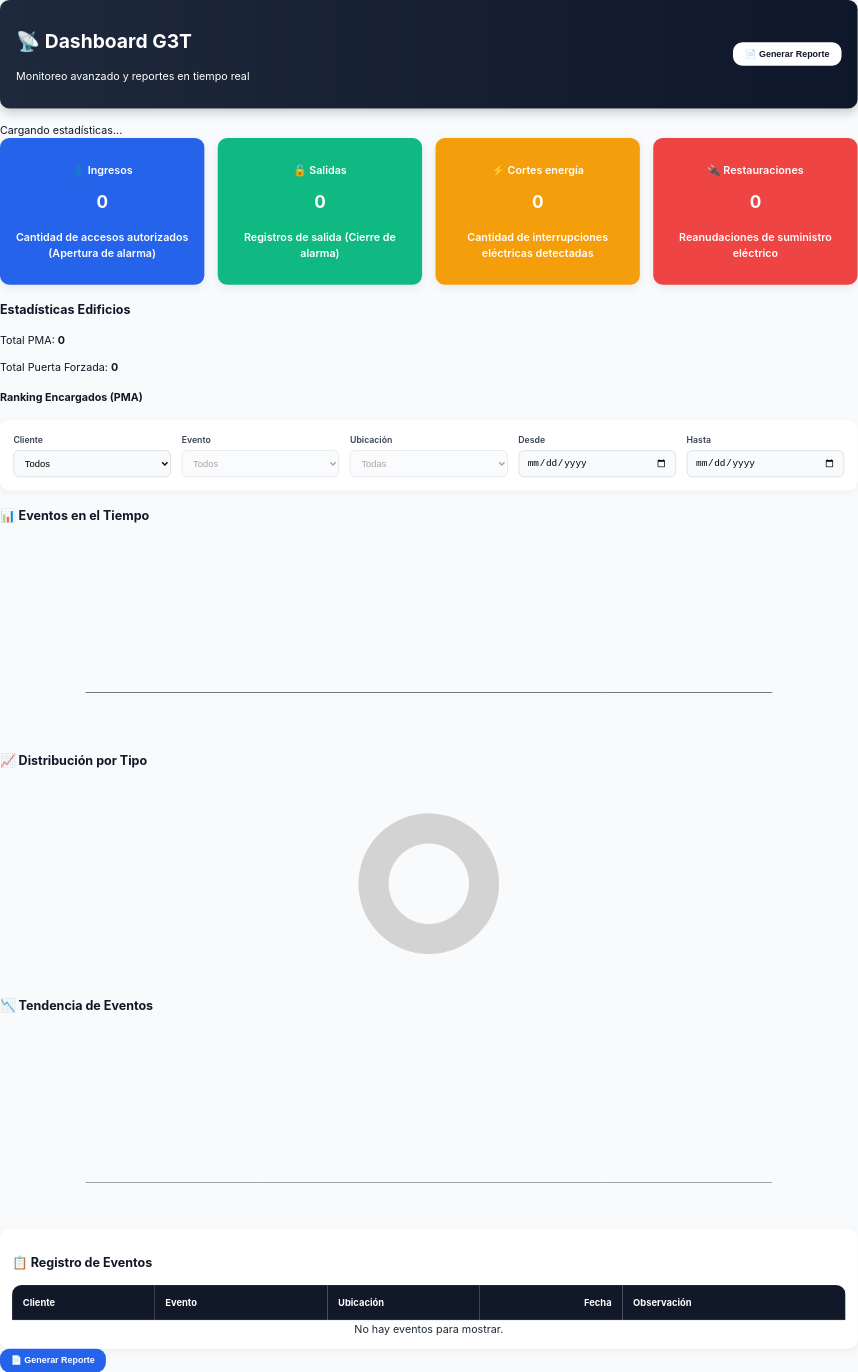
Repository: BBrian11/reportes
Page: /
An editor plug-in stored every save of this project. The page is shown before and after the next save, followed by the edit.
The browser window is 1280 px wide. The pictures show the whole page, at 67% of full size.
The page's requests for data from a server got no answer. The project was rebuilt for these pictures with package versions that can differ from the ones it lists, and the page was loaded fresh each time. Some packages were replaced by stand-ins written for this rebuild. No one was signed in, and anything a server would have sent is missing. Also part of the build but not shown: vite.config.js, src/styles/form.css.

Above is the page before, as saved 2025-07-29 15:20:24.

### index.html
<!DOCTYPE html>
<html lang="es">
  <head>
    <meta charset="UTF-8" />
    <meta name="viewport" content="width=device-width, initial-scale=1.0" />
    <title>Dashboard G3T</title>
  </head>
  <body>
    <div id="root"></div>
    <script type="module" src="/src/main.jsx"></script>
  </body>
</html>

### src/main.jsx
import React from "react";
import ReactDOM from "react-dom/client";
import App from "./App.jsx";
import "./styles/dashboard.css";
import "./styles/form.css";

ReactDOM.createRoot(document.getElementById("root")).render(
  <React.StrictMode>
    <App />
  </React.StrictMode>
);

### src/App.jsx
import React from "react";
import Dashboard from "./components/Dashboard/Dashboard.jsx";

export default function App() {
  return <Dashboard />;
}

### src/components/Dashboard/Dashboard.jsx
// src/components/Dashboard/Dashboard.jsx
import React, { useEffect, useState } from "react";
import Header from "./Header.jsx";
import StatsCards from "./StatsCards.jsx";
import Filters from "./Filters.jsx";
import Charts from "./Charts.jsx";
import EventsTable from "./EventsTable.jsx";
import ExportPDF from "./ExportPDF.jsx";

import { collection, onSnapshot } from "firebase/firestore";
import { db } from "../../services/firebase";
import "../../styles/dashboard.css";
import TgsStats from "./TgsStats.jsx";
import EdificioStats from "./EdificioStats.jsx";

export default function Dashboard() {
  const [eventos, setEventos] = useState([]);
  const [filtros, setFiltros] = useState({
    cliente: "",
    evento: "",
    ubicacion: "",
    fechaInicio: "",
    fechaFin: "",
  });

  // 🔹 Cargar datos de TODAS las colecciones
  useEffect(() => {
    const collections = [
      { path: "novedades/tgs/eventos", cliente: "TGS", eventoKey: "evento-tgs", ubicacionKey: "locaciones-tgs" },
      { path: "novedades/edificios/eventos", cliente: "Edificios", eventoKey: "evento-edificio" }, // 🔥 Sin ubicacionKey fijo
      { path: "novedades/vtv/eventos", cliente: "VTV", eventoKey: "evento-vtv", ubicacionKey: "planta-vtv" },
      { path: "novedades/barrios/eventos", cliente: "Barrios", eventoKey: "evento-barrios", ubicacionKey: "barrio" },
      { path: "novedades/otros/eventos", cliente: "Otros", eventoKey: "evento-otros", ubicacionKey: "otro" }
    ];


    const unsubscribes = collections.map(({ path, cliente, eventoKey, ubicacionKey }) =>
      onSnapshot(collection(db, path), (snapshot) => {
        const nuevos = snapshot.docs.map((doc) => {
          const d = doc.data();

          let ubicacion = "Sin Ubicación";

          if (cliente === "Edificios") {
            // ✅ Armar la ubicación con Edificio + Unidad
            const edificio = d["edificio"] || "";
            const unidad = d["unidad"] ? ` - ${d["unidad"]}` : "";
            ubicacion = edificio ? edificio + unidad : "Sin Ubicación";
          } else {
            // ✅ Para los demás clientes usamos ubicacionKey
            ubicacion = d[ubicacionKey] || "Sin Ubicación";
          }

          return {
            id: doc.id,
            cliente,
            evento: d[eventoKey] || "Sin Evento",
            ubicacion,
            fecha: d.fechaHoraEnvio
              ? new Date(d.fechaHoraEnvio.seconds * 1000).toLocaleString("es-AR")
              : "Sin Fecha",
            observacion: d[`observaciones-${cliente.toLowerCase()}`] || "Sin Observación",
          };
        });


        setEventos((prev) => {
          const filtradosPrev = prev.filter((e) => e.cliente !== cliente);
          return [...filtradosPrev, ...nuevos];
        });
      })
    );

    return () => unsubscribes.forEach((unsub) => unsub());
  }, []);

  // 🔍 Aplicar filtros
  const eventosFiltrados = eventos.filter((e) => {
    const fecha = new Date(e.fecha);
    const fechaInicio = filtros.fechaInicio ? new Date(filtros.fechaInicio) : null;
    const fechaFin = filtros.fechaFin ? new Date(filtros.fechaFin) : null;

    return (
      (!filtros.cliente || e.cliente === filtros.cliente) &&
      (!filtros.evento || e.evento === filtros.evento) &&
      (!filtros.ubicacion || e.ubicacion === filtros.ubicacion) &&
      (!fechaInicio || fecha >= fechaInicio) &&
      (!fechaFin || fecha <= fechaFin)
    );
  });

  return (
    <div className="p-4 bg-gray-100 min-h-screen">
      <Header />
      <StatsCards eventos={eventosFiltrados} />
      <TgsStats eventos={eventosFiltrados} />
<EdificioStats eventos={eventosFiltrados} />

      <Filters filtros={filtros} setFiltros={setFiltros} eventos={eventos} />
      <Charts eventos={eventosFiltrados} />
      <EventsTable eventos={eventosFiltrados} />
      <ExportPDF eventos={eventosFiltrados} />
    </div>
  );
}

### src/components/Dashboard/Header.jsx
// src/components/Dashboard/Header.jsx
import React from "react";

export default function Header() {
  return (
    <div className="dashboard-header">
      <div>
        <h1>📡 Dashboard G3T</h1>
        <p>Monitoreo avanzado y reportes en tiempo real</p>
      </div>
      <button className="btn-primary">📄 Generar Reporte</button>
    </div>
  );
}

### src/components/Dashboard/StatsCards.jsx
import React from "react";

export default function StatsCards({ eventos }) {
  if (!eventos || eventos.length === 0) {
    return (
      <div className="flex justify-center items-center text-gray-500 mb-6 animate-pulse">
        Cargando estadísticas...
      </div>
    );
  }

  // Calcular métricas
  const eventCount = {};
  const locationCount = {};

  eventos.forEach((e) => {
    eventCount[e.evento] = (eventCount[e.evento] || 0) + 1;
    locationCount[e.ubicacion] = (locationCount[e.ubicacion] || 0) + 1;
  });

  const eventoMasFrecuente = Object.entries(eventCount).sort((a, b) => b[1] - a[1])[0][0];
  const ubicacionMasFrecuente = Object.entries(locationCount).sort((a, b) => b[1] - a[1])[0][0];

  const eventosCriticosLista = [
    "alarma", "puerta forzada", "coacción", "pánico", "intrusión", "robo"
  ];

  const eventoCritico =
    eventos.find((e) =>
      eventosCriticosLista.some((critico) =>
        e.evento.toLowerCase().includes(critico)
      )
    )?.evento || "Sin Evento Crítico";

  return (
    <div className="stats-grid">
      <div className="stat-card kpi-success">
        <span className="kpi-label">🚨 Evento más frecuente</span>
        <h2 className="kpi-value">{eventoMasFrecuente}</h2>
        <p className="kpi-footer">Este evento es el más recurrente del periodo analizado</p>
      </div>

      <div className="stat-card kpi-warning">
        <span className="kpi-label">📍 Ubicación más activa</span>
        <h2 className="kpi-value">{ubicacionMasFrecuente}</h2>
        <p className="kpi-footer">Mayor concentración de incidentes registrados</p>
      </div>

      <div className="stat-card kpi-danger">
        <span className="kpi-label">⚠ Evento Crítico Detectado</span>
        <h2 className="kpi-value">{eventoCritico}</h2>
        <p className="kpi-footer">Priorizar atención inmediata a este tipo de alertas</p>
      </div>
    </div>
  );
}

### src/components/Dashboard/Filters.jsx
import React from "react";

export default function Filters({ filtros, setFiltros, eventos }) {
  // Filtrar dinámicamente
  const eventosPorCliente = filtros.cliente
    ? eventos.filter((e) => e.cliente === filtros.cliente)
    : eventos;

  const clientes = [...new Set(eventos.map((e) => e.cliente))];
  const eventosUnicos = [...new Set(eventosPorCliente.map((e) => e.evento))];
  const ubicaciones = [...new Set(eventosPorCliente.map((e) => e.ubicacion))];

  return (
    <div className="filters-box">
      {/* Cliente */}
      <div className="filter-item">
        <label className="filter-label">Cliente</label>
        <select
          className="filter-select"
          value={filtros.cliente}
          onChange={(e) =>
            setFiltros({ ...filtros, cliente: e.target.value, evento: "", ubicacion: "" })
          }
        >
          <option value="">Todos</option>
          {clientes.map((c, idx) => (
            <option key={idx} value={c}>
              {c}
            </option>
          ))}
        </select>
      </div>

      {/* Evento */}
      <div className="filter-item">
        <label className="filter-label">Evento</label>
        <select
          className="filter-select"
          value={filtros.evento}
          onChange={(e) => setFiltros({ ...filtros, evento: e.target.value })}
          disabled={!filtros.cliente}
        >
          <option value="">Todos</option>
          {eventosUnicos.map((ev, idx) => (
            <option key={idx} value={ev}>
              {ev}
            </option>
          ))}
        </select>
      </div>

      {/* Ubicación */}
      <div className="filter-item">
        <label className="filter-label">Ubicación</label>
        <select
          className="filter-select"
          value={filtros.ubicacion}
          onChange={(e) => setFiltros({ ...filtros, ubicacion: e.target.value })}
          disabled={!filtros.cliente}
        >
          <option value="">Todas</option>
          {ubicaciones.map((u, idx) => (
            <option key={idx} value={u}>
              {u}
            </option>
          ))}
        </select>
      </div>

      {/* Fechas */}
      <div className="filter-item">
        <label className="filter-label">Desde</label>
        <input
          type="date"
          className="filter-input"
          value={filtros.fechaInicio}
          onChange={(e) => setFiltros({ ...filtros, fechaInicio: e.target.value })}
        />
      </div>
      <div className="filter-item">
        <label className="filter-label">Hasta</label>
        <input
          type="date"
          className="filter-input"
          value={filtros.fechaFin}
          onChange={(e) => setFiltros({ ...filtros, fechaFin: e.target.value })}
        />
      </div>
    </div>
  );
}

### src/components/Dashboard/Charts.jsx
// src/components/Dashboard/Charts.jsx
import React from "react";
import BarChart from "./BarChart.jsx";
import PieChart from "./PieChart.jsx";
import LineChart from "./LineChart.jsx";

export default function Charts({ eventos }) {
  return (
    <div className="grid grid-cols-1 gap-6 md:grid-cols-2 mb-6">
      <div className="col-span-2 bg-white rounded-lg shadow p-4">
        <h3 className="text-lg font-bold mb-2 text-center">📊 Eventos en el Tiempo</h3>
        <BarChart eventos={eventos} />
      </div>
      <div className="bg-white rounded-lg shadow p-4">
        <h3 className="text-lg font-bold mb-2 text-center">📈 Distribución por Tipo</h3>
        <PieChart eventos={eventos} />
      </div>
      <div className="bg-white rounded-lg shadow p-4">
        <h3 className="text-lg font-bold mb-2 text-center">📉 Tendencia de Eventos</h3>
        <LineChart eventos={eventos} />
      </div>
    </div>
  );
}

### src/components/Dashboard/EventsTable.jsx
import React from "react";
import DataTable, { createTheme } from "react-data-table-component";

// ✅ Crear tema personalizado para DataTable
createTheme("g3tTheme", {
  text: {
    primary: "#1f2937",
    secondary: "#6b7280",
  },
  background: {
    default: "#ffffff",
  },
  context: {
    background: "#2563eb",
    text: "#FFFFFF",
  },
  divider: {
    default: "#e5e7eb",
  },
  action: {
    button: "rgba(0,0,0,.54)",
    hover: "rgba(0,0,0,.08)",
    disabled: "rgba(0,0,0,.12)",
  },
});

export default function EventsTable({ eventos }) {
  const columns = [
    {
      name: "Cliente",
      selector: (row) => row.cliente,
      sortable: true,
      grow: 1.2,
    },
    {
      name: "Evento",
      selector: (row) => row.evento,
      sortable: true,
      grow: 1.5,
    },
    { name: "Ubicación", selector: (row) => row.ubicacion, grow: 1.3 },
    {
      name: "Fecha",
      selector: (row) => row.fecha,
      sortable: true,
      right: true,
      grow: 1.2,
    },
    {
      name: "Observación",
      selector: (row) => row.observacion,
      grow: 2,
      wrap: true,
    },
  ];

  const customStyles = {
    headCells: {
      style: {
        fontWeight: "700",
        fontSize: "14px",
        backgroundColor: "#111827",
        color: "#fff",
        paddingTop: "12px",
        paddingBottom: "12px",
      },
    },
    cells: {
      style: {
        fontSize: "13px",
        paddingTop: "8px",
        paddingBottom: "8px",
      },
    },
    rows: {
      style: {
        "&:hover": {
          backgroundColor: "#f3f4f6",
          cursor: "pointer",
        },
      },
    },
  };

  return (
    <div className="table-wrapper">
      <h3 className="text-lg font-bold mb-4 flex items-center gap-2 text-gray-700">
        📋 Registro de Eventos
      </h3>
      <DataTable
        columns={columns}
        data={eventos}
        pagination
        highlightOnHover
        responsive
        persistTableHead
        striped
        noDataComponent="No hay eventos para mostrar."
        theme="g3tTheme"
        customStyles={customStyles}
        paginationPerPage={10}
        paginationRowsPerPageOptions={[10, 20, 50]}
        fixedHeader
        fixedHeaderScrollHeight="400px"
      />
    </div>
  );
}

### src/components/Dashboard/ExportPDF.jsx
import React from "react";
import jsPDF from "jspdf";
import autoTable from "jspdf-autotable";
import html2canvas from "html2canvas";
import Swal from "sweetalert2";

export default function ExportPDF({ eventos }) {
  const generateReport = async () => {
    if (eventos.length === 0) {
      Swal.fire("Aviso", "No hay datos para exportar.", "warning");
      return;
    }

    // ✅ Crear documento PDF A4 vertical
    const pdf = new jsPDF("p", "mm", "a4");
    pdf.setFont("helvetica", "bold");
    pdf.setFontSize(18);
    pdf.text("Reporte de Monitoreo ", 105, 15, { align: "center" });

    pdf.setFontSize(12);
    pdf.setFont("helvetica", "normal");
    pdf.text(`Generado el: ${new Date().toLocaleString("es-AR")}`, 14, 25);
    pdf.line(10, 28, 200, 28);

    let y = 35;

    // ✅ Capturar gráficos (EXCLUYENDO PieChart)
    const charts = ["barChart", "lineChart"]; // Eliminamos "pieChart"
    for (const chartId of charts) {
      const chartElement = document.getElementById(chartId);
      if (chartElement) {
        const canvas = await html2canvas(chartElement, {
          backgroundColor: "#fff",
          scale: 2,
        });

        // ✅ Mantener proporción del gráfico
        const imgWidth = 180; // Ancho fijo
        const imgHeight = (canvas.height * imgWidth) / canvas.width; // Mantener ratio
        if (y + imgHeight > 260) {
          // Si no entra, crear nueva página
          pdf.addPage();
          y = 20;
        }
        pdf.addImage(canvas.toDataURL("image/png"), "PNG", 15, y, imgWidth, imgHeight);
        y += imgHeight + 10; // Espacio entre gráficos
      }
    }

    // ✅ Tabla de eventos
    if (y + 40 > 280) {
      pdf.addPage();
      y = 20;
    }
    autoTable(pdf, {
      startY: y + 5,
      head: [["Cliente", "Evento", "Ubicación", "Fecha", "Observación"]],
      body: eventos.map((e) => [e.cliente, e.evento, e.ubicacion, e.fecha, e.observacion]),
      theme: "striped",
      styles: { fontSize: 9 },
      headStyles: { fillColor: [37, 99, 235], textColor: 255 },
    });

    pdf.save(`REPORTE_G3T_${Date.now()}.pdf`);
  };

  return (
    <div className="text-right mb-6">
      <button onClick={generateReport} className="btn-primary">
        📄 Generar Reporte
      </button>
    </div>
  );
}

### src/components/Dashboard/TgsStats.jsx
import React from "react";

export default function TgsStats({ eventos }) {
  const aperturas = eventos.filter(e => e.evento.includes("Ingreso de Personal")).length;
  const cierres = eventos.filter(e => e.evento.includes("Salida de Personal")).length;
  const cortes = eventos.filter(e => e.evento.includes("Corte de energía eléctrica")).length;
  const restauraciones = eventos.filter(e => e.evento.includes("Restauración de energía eléctrica")).length;

  return (
    <div className="stats-grid">
      <div className="stat-card" style={{ background: "#2563eb" }}>
        <p className="kpi-label">👤 Ingresos</p>
        <h2 className="kpi-value">{aperturas}</h2>
        <p className="kpi-footer">Cantidad de accesos autorizados (Apertura de alarma)</p>
      </div>

      <div className="stat-card" style={{ background: "#10b981" }}>
        <p className="kpi-label">🔓 Salidas</p>
        <h2 className="kpi-value">{cierres}</h2>
        <p className="kpi-footer">Registros de salida (Cierre de alarma)</p>
      </div>

      <div className="stat-card" style={{ background: "#f59e0b" }}>
        <p className="kpi-label">⚡ Cortes energía</p>
        <h2 className="kpi-value">{cortes}</h2>
        <p className="kpi-footer">Cantidad de interrupciones eléctricas detectadas</p>
      </div>

      <div className="stat-card" style={{ background: "#ef4444" }}>
        <p className="kpi-label">🔌 Restauraciones</p>
        <h2 className="kpi-value">{restauraciones}</h2>
        <p className="kpi-footer">Reanudaciones de suministro eléctrico</p>
      </div>
    </div>
  );
}

### src/components/Dashboard/EdificioStats.jsx
import React from "react";

export default function EdificioStats({ eventos }) {
  const totalPMA = eventos.filter(e => e.evento.includes("Puerta Mantenida Abierta")).length;
  const totalForzada = eventos.filter(e => e.evento.includes("Puerta Forzada")).length;

  // Encargado PMA (si observación contiene "Encargado")
  const encargados = {};
  eventos.forEach(e => {
    if (e.evento.includes("Puerta Mantenida Abierta") && e.observacion) {
      if (e.observacion.includes("Encargado")) {
        encargados[e.observacion] = (encargados[e.observacion] || 0) + 1;
      }
    }
  });

  const topEncargados = Object.entries(encargados).sort((a, b) => b[1] - a[1]);

  return (
    <div className="bg-white p-4 rounded-lg shadow mb-6">
      <h3 className="text-lg font-bold mb-4">Estadísticas Edificios</h3>
      <p>Total PMA: <strong>{totalPMA}</strong></p>
      <p>Total Puerta Forzada: <strong>{totalForzada}</strong></p>
      <h4 className="font-semibold mt-4">Ranking Encargados (PMA)</h4>
      <ul>
        {topEncargados.slice(0, 5).map(([nombre, count], idx) => (
          <li key={idx}>{nombre}: {count}</li>
        ))}
      </ul>
    </div>
  );
}

### src/components/Dashboard/BarChart.jsx
// src/components/Dashboard/BarChart.jsx
import React, { useEffect } from "react";
import * as echarts from "echarts";

export default function BarChart({ eventos }) {
  useEffect(() => {
    const chartDom = document.getElementById("barChart");
    const myChart = echarts.init(chartDom);

    const eventCounts = {};
    eventos.forEach((e) => {
      const fecha = e.fecha.split(",")[0];
      eventCounts[fecha] = (eventCounts[fecha] || 0) + 1;
    });

    const labels = Object.keys(eventCounts);
    const values = Object.values(eventCounts);

    myChart.setOption({
      tooltip: { trigger: "axis" },
      xAxis: { type: "category", data: labels },
      yAxis: { type: "value" },
      series: [
        {
          data: values,
          type: "bar",
          itemStyle: { color: "#20B2AA" },
          label: { show: true, position: "top" },
        },
      ],
    });

    return () => myChart.dispose();
  }, [eventos]);

  return <div id="barChart" style={{ height: "300px" }}></div>;
}

### src/components/Dashboard/PieChart.jsx
// src/components/Dashboard/PieChart.jsx
import React, { useEffect } from "react";
import * as echarts from "echarts";

export default function PieChart({ eventos }) {
  useEffect(() => {
    const chartDom = document.getElementById("pieChart");
    const myChart = echarts.init(chartDom);

    const eventCounts = {};
    eventos.forEach((e) => {
      eventCounts[e.evento] = (eventCounts[e.evento] || 0) + 1;
    });

    const data = Object.keys(eventCounts).map((key) => ({
      name: key,
      value: eventCounts[key],
    }));

    myChart.setOption({
      tooltip: { trigger: "item" },
      series: [
        {
          type: "pie",
          radius: ["40%", "70%"],
          avoidLabelOverlap: false,
          label: { show: true, formatter: "{b}: {c}" },
          data: data,
        },
      ],
    });

    return () => myChart.dispose();
  }, [eventos]);

  return <div id="pieChart" style={{ height: "300px" }}></div>;
}

### src/components/Dashboard/LineChart.jsx
// src/components/Dashboard/LineChart.jsx
import React, { useEffect } from "react";
import * as echarts from "echarts";

export default function LineChart({ eventos }) {
  useEffect(() => {
    const chartDom = document.getElementById("lineChart");
    const myChart = echarts.init(chartDom);

    const dateCounts = {};
    eventos.forEach((e) => {
      const fecha = e.fecha.split(",")[0];
      dateCounts[fecha] = (dateCounts[fecha] || 0) + 1;
    });

    const labels = Object.keys(dateCounts);
    const values = Object.values(dateCounts);

    myChart.setOption({
      tooltip: { trigger: "axis" },
      xAxis: { type: "category", data: labels },
      yAxis: { type: "value" },
      series: [
        {
          data: values,
          type: "line",
          smooth: true,
          itemStyle: { color: "#FF6F61" },
        },
      ],
    });

    return () => myChart.dispose();
  }, [eventos]);

  return <div id="lineChart" style={{ height: "300px" }}></div>;
}

Loaded but not shown: src/services/firebase.js (16 lines, source omitted); src/styles/dashboard.css (195 lines, source omitted)

After the next save:
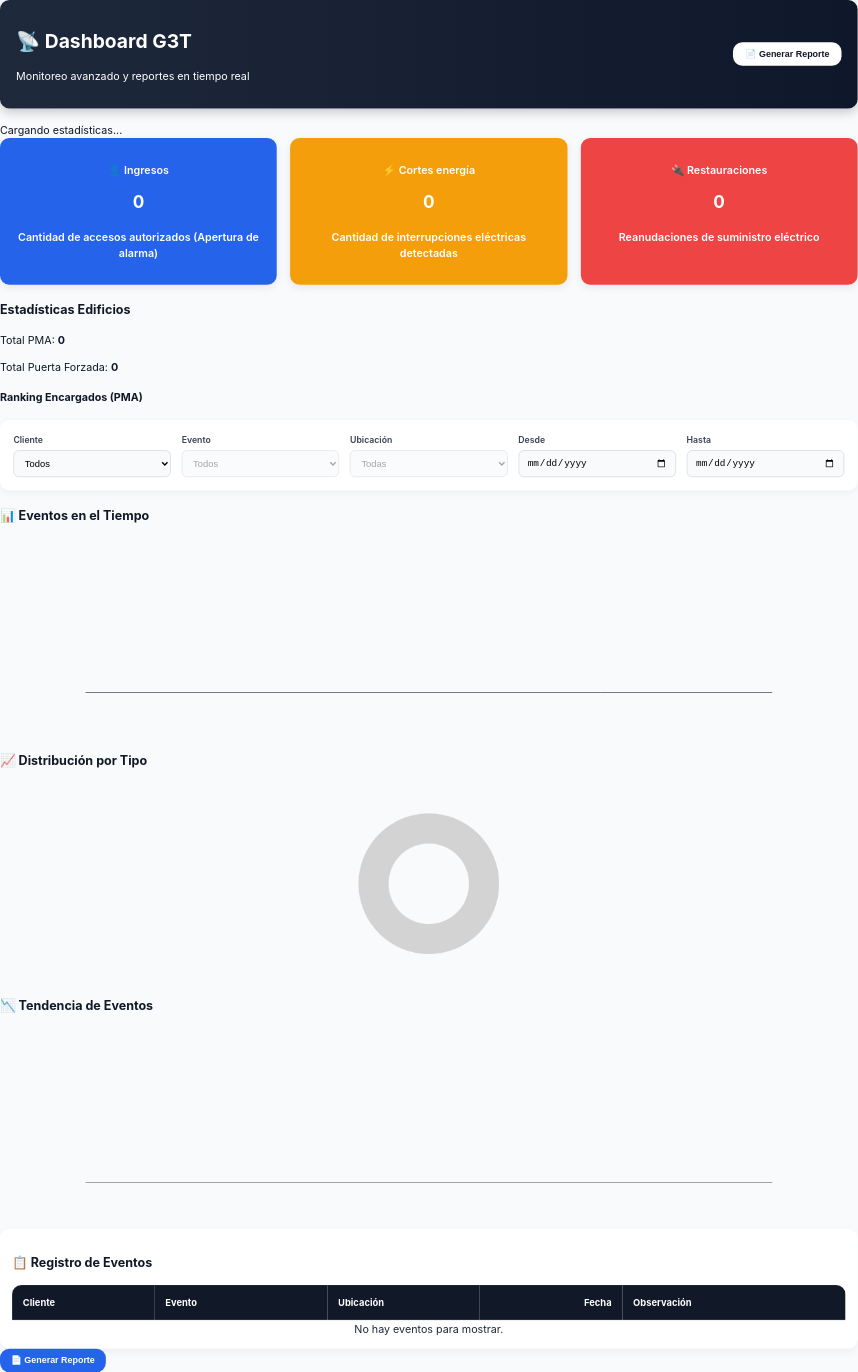
Saved 81 s later.
--- a/src/components/Dashboard/TgsStats.jsx
+++ b/src/components/Dashboard/TgsStats.jsx
@@ -2,7 +2,7 @@ import React from "react";
 
 export default function TgsStats({ eventos }) {
   const aperturas = eventos.filter(e => e.evento.includes("Ingreso de Personal")).length;
-  const cierres = eventos.filter(e => e.evento.includes("Salida de Personal")).length;
+
   const cortes = eventos.filter(e => e.evento.includes("Corte de energía eléctrica")).length;
   const restauraciones = eventos.filter(e => e.evento.includes("Restauración de energía eléctrica")).length;
 
@@ -14,11 +14,6 @@ export default function TgsStats({ eventos }) {
         <p className="kpi-footer">Cantidad de accesos autorizados (Apertura de alarma)</p>
       </div>
 
-      <div className="stat-card" style={{ background: "#10b981" }}>
-        <p className="kpi-label">🔓 Salidas</p>
-        <h2 className="kpi-value">{cierres}</h2>
-        <p className="kpi-footer">Registros de salida (Cierre de alarma)</p>
-      </div>
 
       <div className="stat-card" style={{ background: "#f59e0b" }}>
         <p className="kpi-label">⚡ Cortes energía</p>
